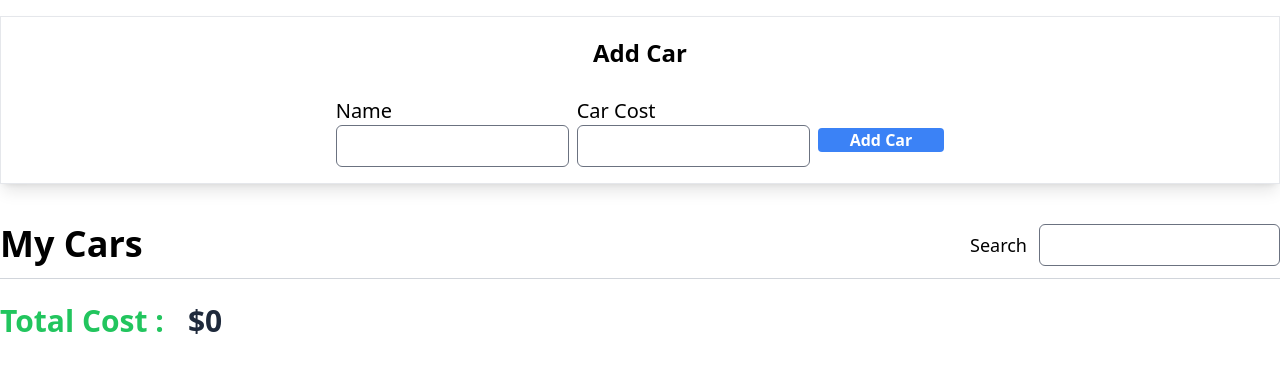
Repository: Marhamat92/carsappreduxtoolkit
Page: /
These files come from the project's save history. The page is drawn as it stood at one moment and after the next save; the edit follows.
The browser window is 1280 px wide. The pictures show the whole page.
The project was rebuilt for these pictures with package versions that can differ from the ones it lists, and the page was loaded fresh each time.

Above is the page before, as saved 2023-01-24 00:59:08.

### src/index.js
import React from 'react';
import ReactDOM from 'react-dom/client';
import './index.css';
import App from './App';
import { Provider } from 'react-redux';
import { store } from './store'


const root = ReactDOM.createRoot(document.getElementById('root'));
root.render(
  <Provider store={store}>
    <App />
  </Provider>
);

### src/App.js
import CarForm from "./components/CarForm";
import CarList from "./components/CarList";
import CarSearch from "./components/CarSearch";
import CarValue from "./components/CarValue";


function App() {
  return (
    <div className="container mx-auto">
      <CarForm />
      <CarSearch />
      <CarList />
      <CarValue />
    </div>
  );
}

export default App;

### src/store/index.js
import { configureStore } from "@reduxjs/toolkit";
import {
  carsReducer,
  addCar,
  removeCar,
  changeSearchTerm,
} from "./slices/carsSlice";
import { formReducer, changeName, changeCost } from "./slices/formSlice";

const store = configureStore({
  reducer: {
    cars: carsReducer,
    form: formReducer,
  },
})

export { store, addCar, removeCar, changeSearchTerm, changeName, changeCost };

### src/components/CarForm.js
import React from 'react'
import { useDispatch, useSelector } from 'react-redux'
import { changeName, changeCost, addCar } from '../store'



function CarForm() {
  const dispatch = useDispatch(); // this is the hook that allows us to dispatch actions to the store
  const { name, cost } = useSelector((state) => { // this is the hook that allows us to access the store
    return {
      name: state.form.name,
      cost: state.form.cost
    }
  })


  const handleNameChange = (e) => {
    dispatch(changeName(e.target.value))
  }

  const handleCostChange = (e) => {
    const carCost = parseInt(e.target.value) || 0;
    dispatch(changeCost(carCost))

  }


  const handleSubmit = (e) => {
    e.preventDefault();
    dispatch(addCar({ name, cost }))
  }


  //!after adding a car, clear the form fields with extra reducers which will be added to the formSlice,otherwise we can use dispatch(changeName('')) and dispatch(changeCost(0)) to clear the form fields but it is not a good practice



  return (
    <div className='flex flex-col items-center justify-center border shadow-lg py-4 mt-4'>
      <h1 className='font-bold text-2xl py-1' >Add Car</h1>
      <div className='mt-6'>
        <form onSubmit={handleSubmit} className=''>
          <div className='flex flex-row space-x-2 '>
            <div className='flex flex-col'>
              <label className='text-xl' htmlFor='make'>Name</label>
              <input className=' border border-gray-500 rounded-md py-2

              ' value={name} onChange={handleNameChange} type='text' name='carName' id='carName' />
            </div>
            <div className='flex flex-col'>
              <label className='text-xl' htmlFor='price'>Car Cost</label>
              <input className=' border border-gray-500 rounded-md py-2

              ' value={cost || ''} onChange={handleCostChange} type='number' name='price' id='price' />
            </div>
            <div className='flex items-center '>
              <button className='bg-blue-500 hover:bg-blue-700 text-white font-bold   px-8 rounded mt-4' type='submit'>Add Car</button>
            </div>
          </div>


        </form>
      </div>
    </div>
  )
}

export default CarForm

### src/components/CarList.js
import React from 'react'
import { useSelector, useDispatch } from 'react-redux'
import { removeCar } from '../store'


function CarList() {


  const dispatch = useDispatch();

  const cars = useSelector(({ cars: { searchTerm, data } }) => {   //! <--- destructuring the state object to get the searchTerm and data properties
    return data.filter((car) => {
      return car.name.toLowerCase().includes(searchTerm.toLowerCase())
    })
  })

  const handleDeleteCar = (car) => {
    dispatch(removeCar(car.id))
  }



  const renderedCars = cars.map((car) => {
    return (
      <div className='flex justify-between space-y-3 items-center shadow-lg mt-4 py-2 px-4 rounded-md' key={car.id}>
        <p className='text-3xl' >{car.name} - ${car.cost}</p>
        <button onClick={() => handleDeleteCar(car)} className='bg-red-500 px-4 py-2 text-3xl rounded-md'>
          Remove
        </button>
      </div>
    )
  })




  return (
    <div>{renderedCars}</div>
  )
}

export default CarList

### src/components/CarSearch.js
import React from 'react'
import { useSelector, useDispatch } from 'react-redux'
import { changeSearchTerm } from '../store'


function CarSearch() {

  const dispatch = useDispatch();
  const searchTerm = useSelector((state) => {

    return state.cars.searchTerm

  })

  const handleSearchCarTerm = (e) => {
    dispatch(changeSearchTerm(e.target.value))
  }



  return (
    <div>
      <div className='flex justify-between mt-10 border-b border-gray-300 pb-3' >
        <h1 className='text-4xl font-bold' >My Cars</h1>
        <div className='flex space-x-3 items-center' >
          <label className='text-lg' htmlFor="">Search</label>
          <input value={searchTerm} onChange={handleSearchCarTerm} className='pl-2 border border-gray-500 py-2 rounded-md' type="text" />
        </div>
      </div>
    </div>
  )
}

export default CarSearch

### src/components/CarValue.js
import React from 'react'
import { useSelector } from 'react-redux'

function CarValue() {

  const totalCost = useSelector(({ cars: { data, searchTerm } }) =>
    data.filter((car) => car.name.toLowerCase().includes(searchTerm.toLowerCase())
    )
      .reduce((acc, car) => acc + car.cost, 0)
  );



  return (
    <div className='flex  space-x-6 mt-6'>
      <h1 className='text-3xl font-bold text-green-500' >Total Cost :</h1>
      <h1 className='text-3xl font-bold text-slate-800'>${totalCost}</h1>
    </div>
  )
}

export default CarValue

### src/store/slices/carsSlice.js
import { createSlice, nanoid } from '@reduxjs/toolkit';

const carsSlice = createSlice({
  name: 'cars',
  initialState: {
    data: [],
    searchTerm: ''
  },
  reducers: {
    changeSearchTerm(state, action) {
      state.searchTerm = action.payload;
    },
    addCar(state, action) {
      //Assumption:
      //action.payload is an object with the following properties:
      //name, cost, id
      state.data.push({
        name: action.payload.name,
        cost: action.payload.cost,
        id: nanoid()
      })
    },
    removeCar(state, action) {
      //Assumption:
      //action.payload is the id of the car to remove
      const updatedCars = state.data.filter((car) => {
        return car.id !== action.payload;
      })
      state.data = updatedCars;
    }

  }
})

export const { changeSearchTerm, addCar, removeCar } = carsSlice.actions;
export const carsReducer = carsSlice.reducer;

### src/store/slices/formSlice.js
import { createSlice } from '@reduxjs/toolkit';
import { addCar } from './carsSlice';

const formSlice = createSlice({
  name: 'form',
  initialState: {
    name: '',
    cost: 0
  },
  reducers: {
    changeName(state, action) {
      state.name = action.payload;
    },
    changeCost(state, action) {
      state.cost = action.payload;
    }
  },
  extraReducers(builder) {
    builder.addCase(addCar, (state, action) => {
      state.name = '';
      state.cost = 0;
    })
  }
})

//extraReducers is a function that takes a builder object as an argument and we can use the builder object to add extra reducers to the formSlice
//addCase is a function that takes an action and a reducer as arguments and adds the reducer to the formSlice
//the reducer will be called when the action is dispatched


export const { changeName, changeCost } = formSlice.actions;
export const formReducer = formSlice.reducer;

Loaded but not shown: public/index.html (common file); src/index.css (common file); tailwind.config.js (common file)

After the next save:
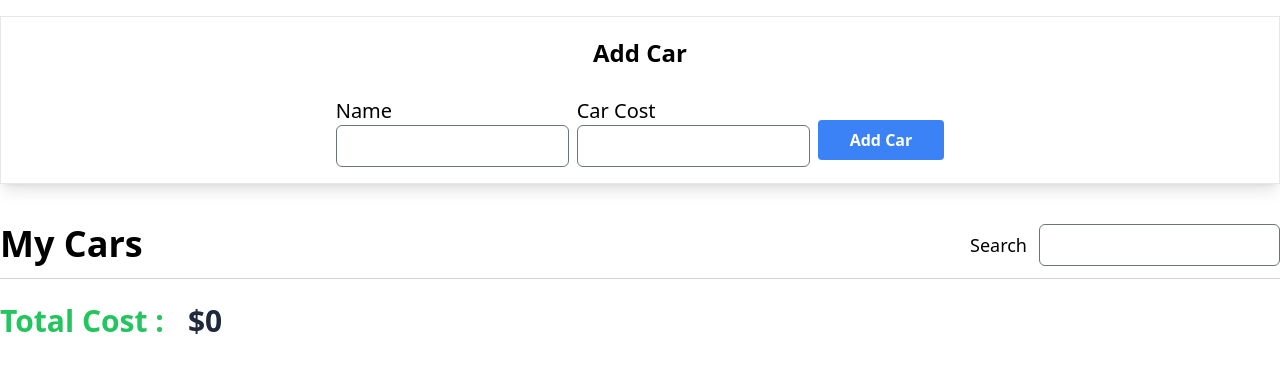
Saved 5 s later.
--- a/src/components/CarForm.js
+++ b/src/components/CarForm.js
@@ -54,7 +54,7 @@ function CarForm() {
               ' value={cost || ''} onChange={handleCostChange} type='number' name='price' id='price' />
             </div>
             <div className='flex items-center '>
-              <button className='bg-blue-500 hover:bg-blue-700 text-white font-bold   px-8 rounded mt-4' type='submit'>Add Car</button>
+              <button className='bg-blue-500 hover:bg-blue-700 text-white font-bold py-2  px-8 rounded mt-4' type='submit'>Add Car</button>
             </div>
           </div>
 
